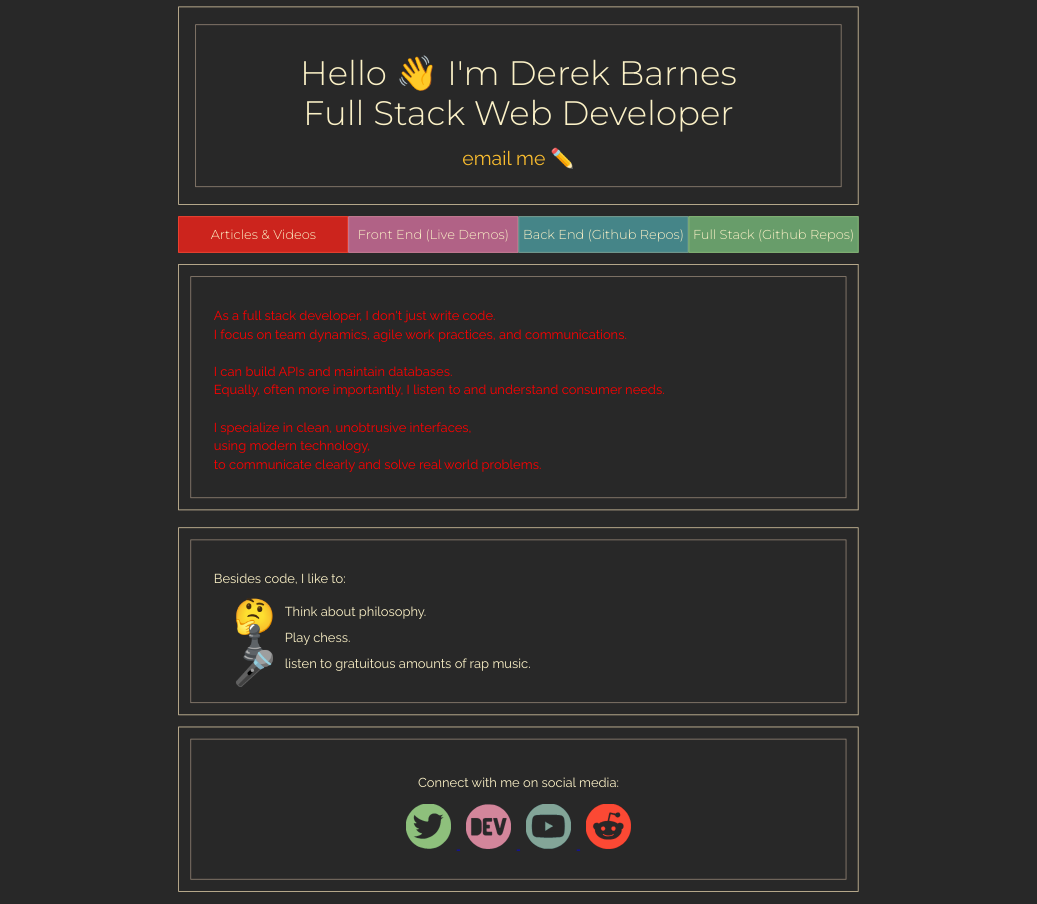
Repository: dsbarnes/groovy-blog
Page: index.html
The author's editor kept a copy of each file at every save. The page is drawn from the files as they stood at one save, then again after the next save.
The browser window is 1280 px wide. The pictures show the whole page, at 81% of full size.
The style sheet was rebuilt from its Sass, Less or Tailwind sources for each picture, by a compiler version that may differ from the author's.

Above is the page before, as saved 2020-05-11 15:41:04.

### index.html
<!DOCTYPE html>
<html lang="en">

<head>
    <meta charset="UTF-8">
    <meta name="viewport" content="width=device-width, initial-scale=1.0">
    <link href="https://fonts.googleapis.com/css2?family=Montserrat:wght@300&display=swap" rel="stylesheet">
    <link href="https://fonts.googleapis.com/css2?family=Raleway&display=swap" rel="stylesheet">

    <title>D.S. Barnes</title>

    <link rel="stylesheet" href="./CSS/style.css">
</head>

<body>
    <div class="container">

        <div id='nameCard'>
            <div id="doubleBorder">
                <p>Hello 👋 I'm Derek Barnes</p>
                <p>Full Stack Web Developer</p>
                <br />
                <small><a href='mailto:derekb0147@gmail.com'>email me ✏️</a></small>
                <br />
            </div>
        </div>

        <div id='selections'>
            <p class='nav' data-color='red' id='articles'>Articles & Videos</p>
            <p class='nav' data-color='purple' id='frontend'>Front End (Live Demos)</p>
            <p class='nav' data-color='blue' id='backend'>Back End (Github Repos)</p>
            <p class='nav' data-color='aqua' id='fullstack'>Full Stack (Github Repos)</p>
        </div>

        <!-- <button id="toggle-button">Toggle collapse</button> -->

        <!-- Section one -->
        <div class="content">
            <div class='double-border'>
                <div id='content-section-text'>
                    <p>As a full stack developer, I don't just write code.</p>
                    <p>I focus on team dynamics, agile work practices, and communications.</p>
                    <br />
                    <p>I can build APIs and maintain databases.</p>
                    <p>Equally, often more importantly, I listen to and understand consumer needs.</p>
                    <br />
                    <p>I specialize in clean, unobtrusive interfaces,</p>
                    <p>using modern technology,</p>
                    <p>to communicate clearly and solve real world problems.</p>
                </div>
            </div>
        </div>


        <!-- Section two -->
        <div class="hobbies">
            <div class='double-border'>

                <p>Besides code, I like to:</p>
                <br />

                <p class='xpad'>
                    <span class='bigEmoji'>🤔</span>
                    <span class='emojiText'>Think about philosophy.</span>
                </p>

                <p class='xpad'>
                    <span class='bigEmoji'>♟️</span>
                    <span class='emojiText'>Play chess.</span>
                </p>

                <p class='xpad'>
                    <span class='bigEmoji'>🎤</span>
                    <span class='emojiText'>listen to gratuitous amounts of rap music.</span>
                </p>
            </div>
        </div>


        <!-- Section three -->
        <div class="social-media">
            <div class="double-border">

                <p>Connect with me on social media:</p>

                <div id='media-icons'>
                    <a href='https://twitter.com/DerekBarnes0' id='twitter'>
                        <img src='../SVG/twitterLogo.svg'>
                    </a></img>

                    <a href='https://dev.to/dsbarnes' id="devto">
                        <img src='../SVG/devLogo.svg'>
                    </a></img>

                    <a href='https://www.youtube.com/channel/UC4wXeImm3FqzbxJvwSMoQFg?view_as=subscriber' id='youtube'>
                        <img src='../SVG/youtubeLogo.svg'>
                    </a></img>

                    <a href='https://www.reddit.com/user/snipethebird' id='reddit'>
                        <img src='../SVG/redditLogo.svg'>
                    </a></img>
                </div>

            </div>
        </div>

    </div><!-- container -->

    <script type=module src="index.js"></script>
</body>

</html>

### index.js
import articles from './components/articles.js'
import repos from './components/repos.js'

import articlesData from './siteData/articles.js'
import backendData from './siteData/backEnd.js'
import frontendData from './siteData/frontEnd.js'
import fullstackData from './siteData/fullStack.js'

const handleRemoveData = () => {
    const sections = Array.from(document.querySelectorAll('[id*="section-text"]'))

    for (const section of sections) {
        const elementsToRemove = Array.from(section.children)
        for (const element of elementsToRemove)
            element.remove()
    }
}

const populateData = (id) => {
    id == 'articles' && articles(articlesData)
    id == 'frontend' && repos(frontendData)
    id == 'backend' && repos(backendData)
    id == 'fullstack' && repos(fullstackData)
}

const handleTransition = (id) => {
    // Adds overflow: scroll to the content car:
    document.querySelector('.content')
        .classList.add('collapsed')

    // Shrinks and fades out the middle card:
    document.querySelector('.hobbies')
        .classList.add('collapsed')

    // Adjusts the social media card:
    document.querySelector('.social-media')
        .classList.add('collapsed')

    populateData(id)
}

let active = null
document.querySelectorAll('.nav')
    .forEach(btn => btn.addEventListener('click', function () {
        // Set active section
        // Click the currently active section does nothing
        if (active == this.id) return
        active = this.id

        handleRemoveData()

        const hobbies = document.querySelector('.hobbies').classList
        // If hobbies is collapsed then only repopulate the data
        hobbies.contains('collapsed') ?
            // Fades in the articles:
            populateData(this.id) :
            // Fades out about card, then runs populateData()
            handleTransition(this.id)
    }))

### components/articles.js
function modules(arr) {
    const root = document.getElementById('content-section-text')

    // Conceptually this is the same thing as
    // handleElementSection in repos.js
    // however, it builds two different components.
    const handleElementSection = (element) => {
        const container = document.createElement('div')
        const title = document.createElement('h1')
        const date = document.createElement('p')
        const short = document.createElement('p')

        title.innerHTML = element['Title']
        container.appendChild(title)

        date.innerHTML = element['Date']
        container.appendChild(date)

        short.innerHTML = element['Short']
        container.appendChild(short)

        container.classList.add('article-repo')
        root.appendChild(container)
    }

    for (const i in arr) {
        // setTimeout is non-blocking
        // IIFE to prevent setTimeout from stacking
        // and executing all at once:
        (() => {
            const element = arr[i]
            setTimeout(() => {
                handleElementSection(element)
                // Not for(of) b/c i is necessary here:
            }, 160 * i)
        })(i)
    }
}

export default modules

### components/repos.js
function repos(arr) {

    const root = document.getElementById('content-section-text')

    // for (const element of arr) {

    // Conceptually this is the same thing as
    // handleElementSection in articles.js
    // however, it builds two different components.
    const handleElementSection = (element) => {
        const container = document.createElement('div')
        const titleAndLinks = document.createElement('div')
        const title = document.createElement('h1')
        const repolink = document.createElement('p')
        const demolink = document.createElement('p')
        const description = document.createElement('p')

        titleAndLinks.classList.add('repo-title-links')

        title.innerHTML = element['Repo']
        titleAndLinks.appendChild(title)

        repolink.innerHTML = element['RepoLink']
        titleAndLinks.appendChild(repolink)

        if (element['DemoLink'] != undefined) {
            demolink.innerHTML = element['DemoLink']
            container.appendChild(demolink)
            titleAndLinks.appendChild(demolink)
        }

        container.appendChild(titleAndLinks)

        description.innerHTML = element['Description']
        description.classList.add('repo-description')
        container.appendChild(description)

        container.classList.add('article-repo')
        root.appendChild(container)
    }

    // }

    for (const i in arr) {
        // setTimeout is non-blocking
        // IIFE to prevent setTimeout from stacking
        // and executing all at once:
        (() => {
            const element = arr[i]
            setTimeout(() => {
                handleElementSection(element)
            }, 200 * i)
        })(i)
    }
}

export default repos

### siteData/articles.js
const articleData = [
    {
        "Title": "Article Project One",
        "Date": "date-posted",
        "Short": "Lorem ipsum"
    },
    {
        "Title": "Article Project Two",
        "Date": "date-posted",
        "Short": "fjdklsafjdlks;fajsdl;f"
    },
    {
        "Title": "Article Project Three",
        "Date": "date-posted",
        "Short": "fjdklsafjdlks;fajsdl;f"
    },
    {
        "Title": "Article Project Four",
        "Date": "date-posted",
        "Short": "fjdklsafjdlks;fajsdl;f"
    },
    {
        "Title": "Article Project Five",
        "Date": "date-posted",
        "Short": "fjdklsafjdlks;fajsdl;f"
    }
]

export default articleData

### siteData/backEnd.js
const backendData = [
    {
        "Repo": "Back End Project One",
        "RepoLink": "blah.com",
        "Description": "README.md"
    },
    {
        "Repo": "Back End Project Two",
        "RepoLink": "blah.com",
        "Description": "README.md"
    },
    {
        "Repo": "Back End Project Three",
        "RepoLink": "blah.com",
        "Description": "README.md"
    },
    {
        "Repo": "Back End Project Four",
        "RepoLink": "blah.com",
        "Description": "README.md"
    },
    {
        "Repo": "Back End Project Five",
        "RepoLink": "blah.com",
        "Description": "README.md"
    }
]

export default backendData

### siteData/frontEnd.js
const frontendData = [
    {
        "Repo": "Front End Project One",
        "RepoLink": "blah.com",
        "DemoLink": "demo link",
        "Description": "Lorem ipsum dolor sit amet, consectetur adipiscing elit, sed do eiusmod tempor incididunt ut labore et dolore magna aliqua. Dolor sit amet consectetur adipiscing elit duis tristique.Lorem ipsum dolor sit amet, consectetur adipiscing elit, sed do eiusmod tempor incididunt ut labore et dolore magna aliqua. Dolor sit amet consectetur adipiscing elit duis tristique.Lorem ipsum dolor sit amet, consectetur adipiscing elit, sed do eiusmod tempor incididunt ut labore et dolore magna aliqua. Dolor sit amet consectetur adipiscing elit duis tristique."
    },
    {
        "Repo": "Front End Project Two",
        "RepoLink": "blah.com",
        "DemoLink": "demo link",
        "Description": "README.md"
    },
    {
        "Repo": "Front End Project Three",
        "RepoLink": "blah.com",
        "DemoLink": "demo link",
        "Description": "README.md"
    },
    {
        "Repo": "Front End Project Four",
        "RepoLink": "blah.com",
        "DemoLink": "demo link",
        "Description": "README.md"
    },
    {
        "Repo": "Front End Project Five",
        "RepoLink": "blah.com",
        "DemoLink": "demo link",
        "Description": "README.md"
    }
]

export default frontendData

### siteData/fullStack.js
const fullstackData = [
    {
        "Repo": "Full Stack Project One",
        "RepoLink": "blah.com",
        "Description": "README.md"
    },
    {
        "Repo": "Full Stack Project Two",
        "RepoLink": "blah.com",
        "Description": "README.md"
    },
    {
        "Repo": "Full Stack Project Three",
        "RepoLink": "blah.com",
        "Description": "README.md"
    },
    {
        "Repo": "Full Stack Project Four",
        "RepoLink": "blah.com",
        "Description": "README.md"
    },
    {
        "Repo": "Full Stack Project Five",
        "RepoLink": "blah.com",
        "Description": "README.md"
    }
]

export default fullstackData

### style.scss
// Main Container:
// Sizings - everything is a multiple of 14!!
$container-width: 840px;
$container-height: 1100px;
$outer-width: $container-width * .8;
$margin-pad-sizing: 14px;


// Gruvbox colors:
$background-color: #282828;
$background-alt-color: #3c3836;
$font-color: #fbf1c7;
$font-alt-color: #ebdbb2;
$outer-border: #d5c4a1;
$inner-border: #928374;
$red-color: #cc241d;
$light-red-color: #fb4934;
$green-color: #98971a;
$light-green-color: #b8bb26;
$yellow-color: #d79921;
$light-yellow-color: #fabd2f;
$blue-color: #458588;
$light-blue-color: #83a598;
$purple-color: #b16286;
$light-purple-color: #d3869b;
$aqua-color: #689d6a;
$light-aqua-color: #8ec07c;


// Font:
$title-font: 'Montserrat', sans-serif;
$body-font: 'Raleway', sans-serif;
$title-font-size: 42px;
$body-font-size: 16px;


//Mixins:
@mixin bg-border($bg-color, $border-color){
  background-color: $bg-color;
  border: 1px solid $border-color;
}
@mixin font-fam-size($fam, $size){
  font-family: $fam;
  font-size: $size;
}
@mixin sectionButton($bg-color, $border-color){
  @include bg-border($bg-color, $border-color);
  @include font-fam-size($title-font, $body-font-size);
  display: inline-block;
  margin: 0 auto;
  //That just looks best as 12, idk.
  padding: 12px 0px;
  text-align: center;
  width: (($container-width / 4));
}

// Keyframes:
@keyframes fade-in{
  from{color: $background-color;}
  to{ color: $font-color; }
}
.article-repo{ animation: fade-in 2.5s forwards;}


// Overall styling:
* { box-sizing:border-box; }
body{ background-color: $background-color; color: $font-color }
//Everything visible is inside this container:
.container {
  display:flex;
  flex-direction:column;
  justify-content:flex-start;
  width: $container-width;
  margin: 0 auto;
  // we're required to set height explicitly
  height: $container-height;
}
h1{ @include font-fam-size($title-font, $title-font-size/1.25)}


// Name Card
#nameCard{
  border: 1px solid $outer-border;
  padding: $margin-pad-sizing/2;
  text-align: center;
  line-height: $margin-pad-sizing/2;

  small{ @include font-fam-size($body-font, $body-font-size*1.5); }
  a{ text-decoration: none; color: $light-yellow-color }

  #doubleBorder{
      @include bg-border($background-color, $inner-border);
      p{ @include font-fam-size($title-font, $title-font-size);}
      margin: $margin-pad-sizing auto;
      padding: $margin-pad-sizing;
      padding-bottom: $margin-pad-sizing*2;

      // 14px b/c of margin.
      // Why *3? Good question.
      width: ($container-width - 14px*3);
  }
}


// Nav 'buttons'
#selections{
  display: flex;
  justify-content: space-between;
  margin-top: $margin-pad-sizing;
}
#articles{ @include sectionButton($red-color, $light-red-color) }
#frontend{ @include sectionButton($purple-color, $light-purple-color) }
#backend{ @include sectionButton($blue-color, $light-blue-color) }
#fullstack{ @include sectionButton($aqua-color, $light-aqua-color) }

// General double border settings, different from
// name card b/c ...damnit
.double-border{
  border: 1px solid $inner-border;
  // Variables not working in calc()
  // will investigate.
  height: calc(100% - 28px); // $margin-pad-size*2
  width: calc(100% - 28px);  // $margin-pad-size*2
  margin: $margin-pad-sizing auto 0 auto;
  padding: $margin-pad-sizing*2;
}

// This is the section that expands:
.content{
  @include bg-border($background-color, $outer-border);
  @include font-fam-size($body-font, $body-font-size);

  ::-webkit-scrollbar { background: $background-alt-color; }
  ::-webkit-scrollbar-thumb { background:$background-alt-color; -webkit-border-radius: 5px;}
  ::-webkit-scrollbar-corner { background:$background-color; }

  line-height: $margin-pad-sizing/2;
  margin: $margin-pad-sizing 0;
  flex: 3;

  #content-section-text{
    color: red;
  }
}
.content.collapsed{
  .double-border{
    overflow: scroll;
  }
}

.article-repo{
  margin-bottom: $margin-pad-sizing*4;
  h1{ margin: $margin-pad-sizing 0; }
  p{line-height: $margin-pad-sizing*1.5; }
  .repo-title-links p{
    width: $container-width/10;
    display: inline-block;
  }
  .repo-description{
    margin: 0px;
    line-height: $margin-pad-sizing*1.5;
  }
}


// This section dissapears:
.hobbies {
  // note that we're transitioning flex, not height!
  @include bg-border($background-color, $outer-border);
  @include font-fam-size($body-font, $body-font-size);
  line-height: $margin-pad-sizing/2;
  margin: $margin-pad-sizing/2 0;
  flex: 2;
  .bigEmoji{ font-size: $title-font-size; }
  .xpad{ padding-left: 24px; }
  .emojiText{
      position: relative;
      bottom: $margin-pad-sizing;
      padding-left: $margin-pad-sizing/2;
  }
  transition:all 0.7s ease;
}
.hobbies.collapsed {
  border: 0px solid $background-color;
  color: $background-color;
  flex: 0;
  margin: 0 $margin-pad-sizing * 7;
}


// This section appears to never change
.social-media{
  @include bg-border($background-color, $outer-border);
  @include font-fam-size($body-font, $body-font-size);
  text-align: center;
  margin: $margin-pad-sizing/2 0;
  flex: 2;
  transition: all 0.6s ease;
}
.social-media.collapsed{
  flex: 1;
  #media-icons{
    // Why 20? Good question.
    margin-bottom:
      $margin-pad-sizing + $margin-pad-sizing/2 + 1;
  }
}
// Social Media Icons:
#media-icons{
  width: $container-width / 2;
  margin: 0 auto;
  text-align: center;
  line-height: $margin-pad-sizing;
  img{ width: $margin-pad-sizing*4; margin: 0 $margin-pad-sizing/2; }
}

After the next save:
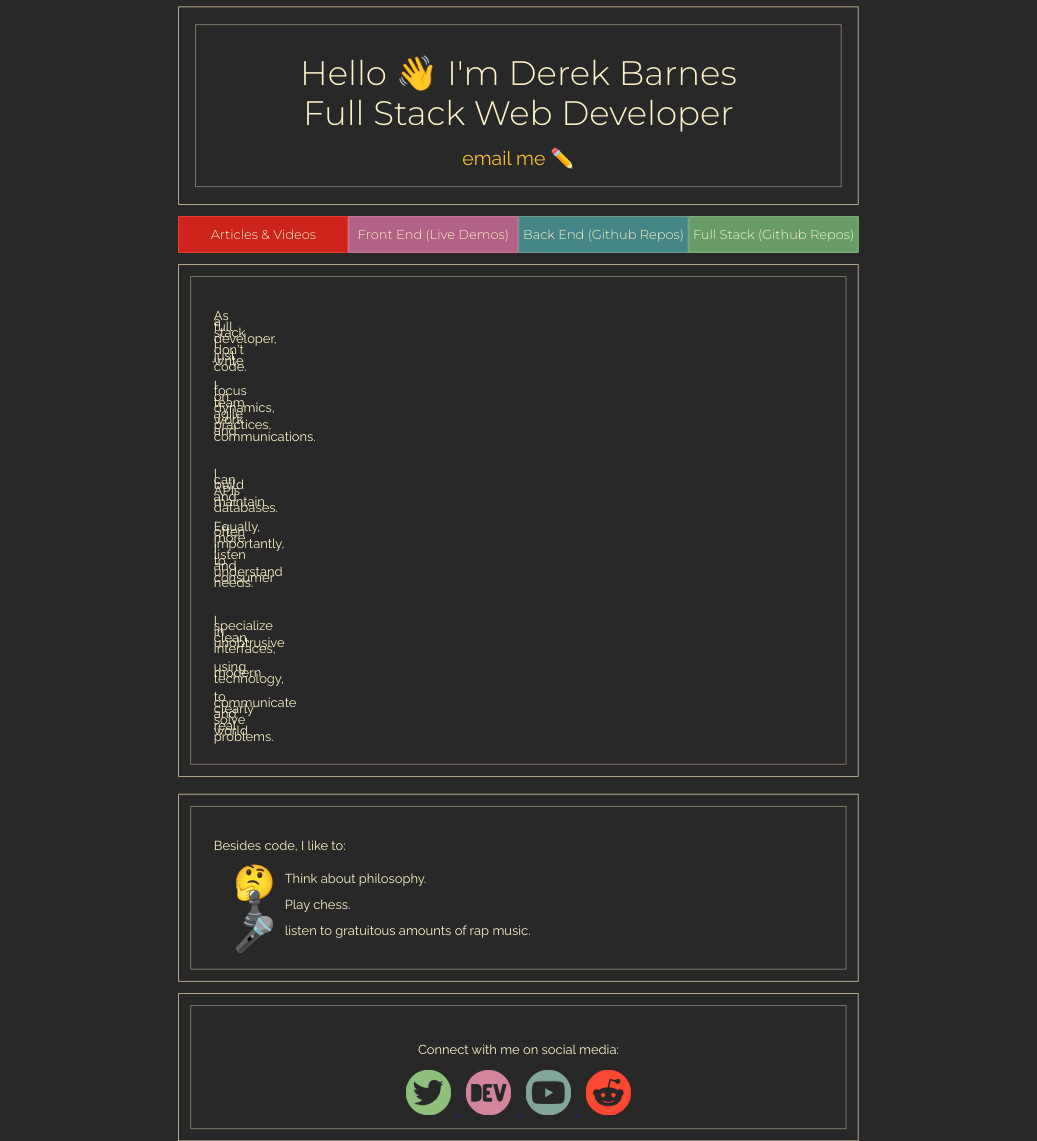
Saved 31 s later.
--- a/style.scss
+++ b/style.scss
@@ -139,7 +139,7 @@ h1{ @include font-fam-size($title-font, $title-font-size/1.25)}
   flex: 3;
 
   #content-section-text{
-    color: red;
+    width: 1px;
   }
 }
 .content.collapsed{
